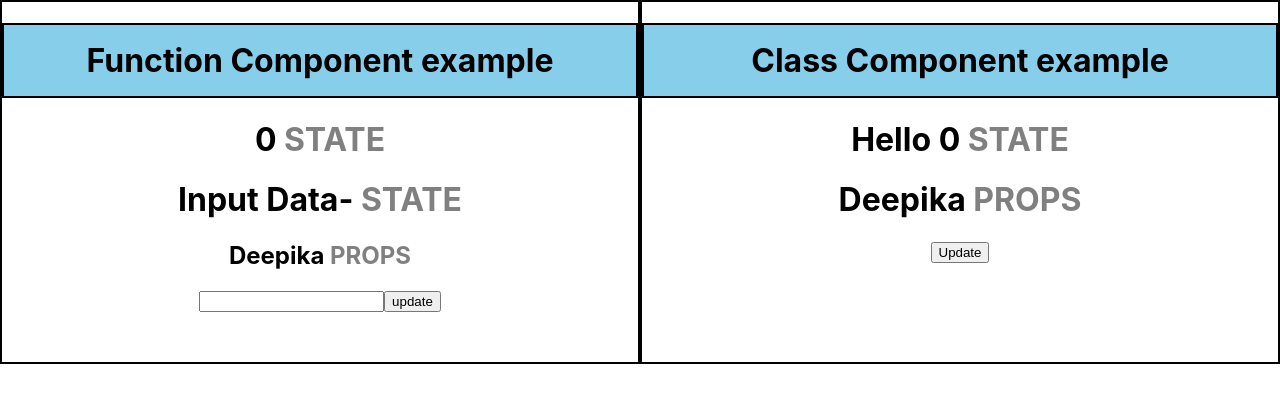
Repository: DeepikaSuretek/React
Page: / (app in practice-app/)
An editor plug-in stored every save of this project. The page is shown before and after the next save, followed by the edit.
The browser window is 1280 px wide. The pictures show the whole page.
The project was rebuilt for these pictures with package versions that can differ from the ones it lists, and the page was loaded fresh each time.

Above is the page before, as saved 2024-07-08 21:12:18.

After the next save:
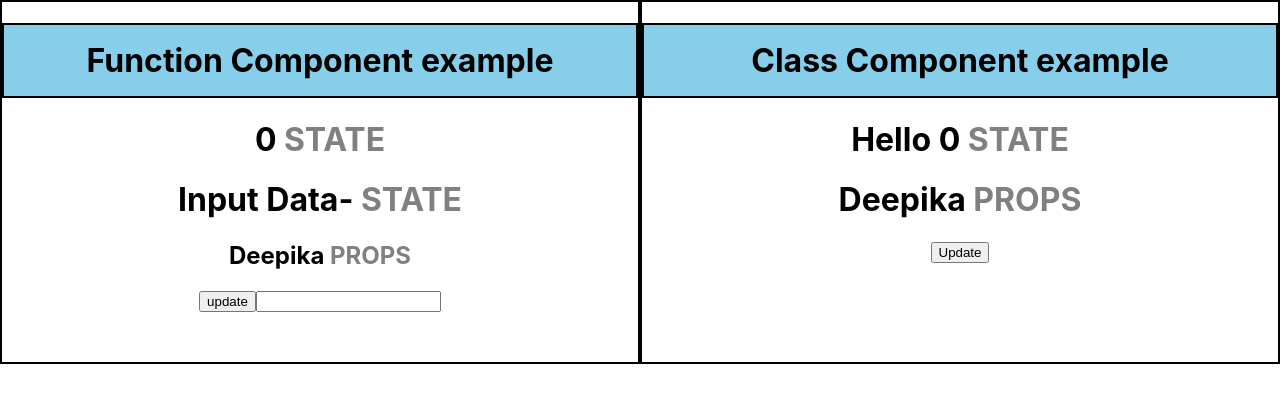
Saved 38 s later.
--- a/practice-app/src/functional-component/function.js
+++ b/practice-app/src/functional-component/function.js
@@ -14,8 +14,8 @@ function Fun(props) {
             <h1>{count} <span className="highlight">STATE</span></h1>
             <h1>Input Data- {inputData} <span className="highlight">STATE</span></h1>
             <h2>{props.name}  <span className="highlight"> PROPS</span></h2>
+            <button onClick={updateCount}>update</button>
             <input onChange={getData}></input>
-            <button onClick={updateCount}>update</button>
         </div>
 
     )
